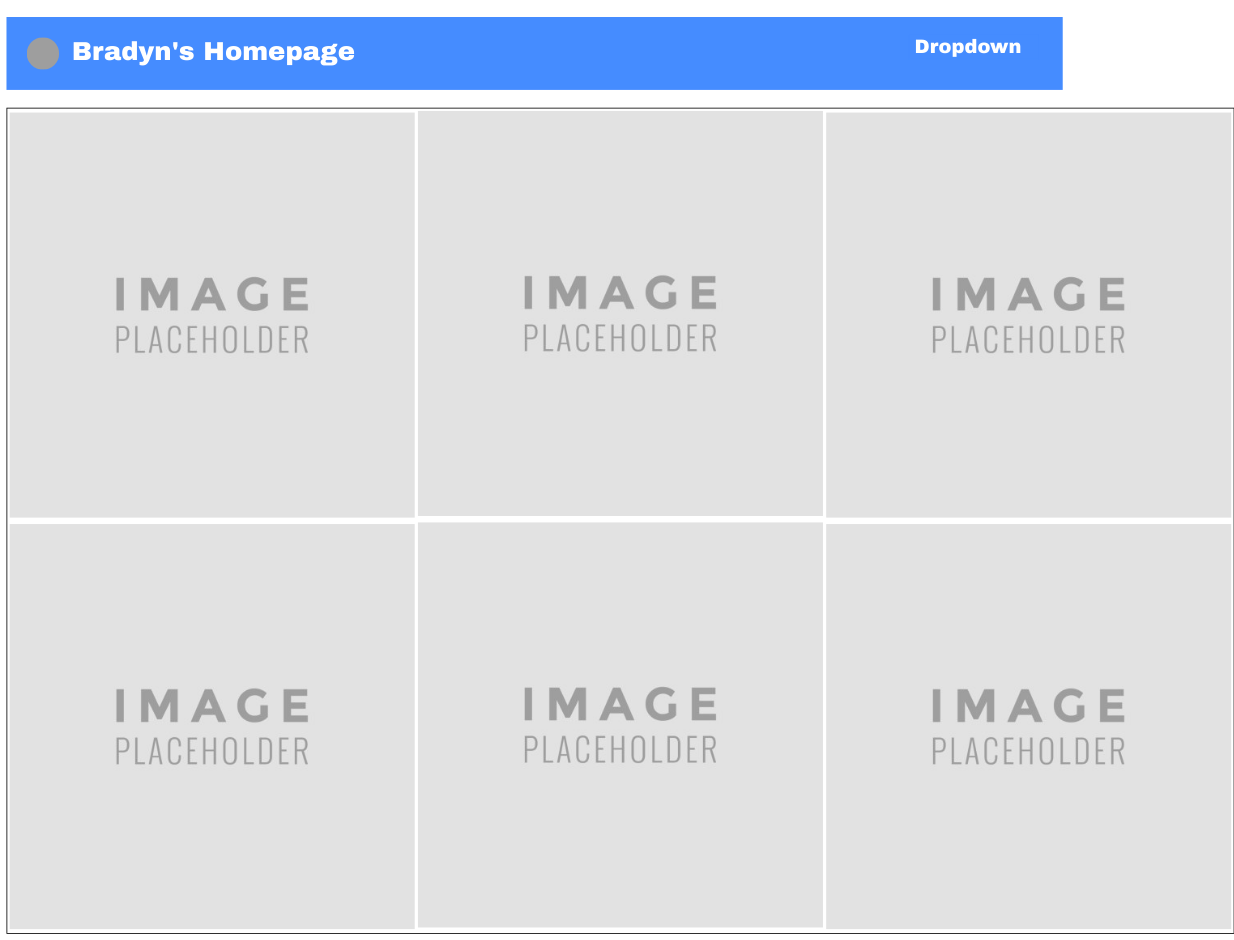
Repository: br4y/br4y.github.io
Page: index.html
The author's editor kept a record of every edit. The page is drawn from the files as they stood at one moment, then again after the next edit.
The browser window is 1280 px wide. The page is 1524 px wide, so the pictures cover 1524 px, including what lies to the right of the window. The pictures show the whole page, at 81% of full size.
Pictures or frames that could not be fetched are drawn as grey boxes.

Above is the page before.

After the next edit:
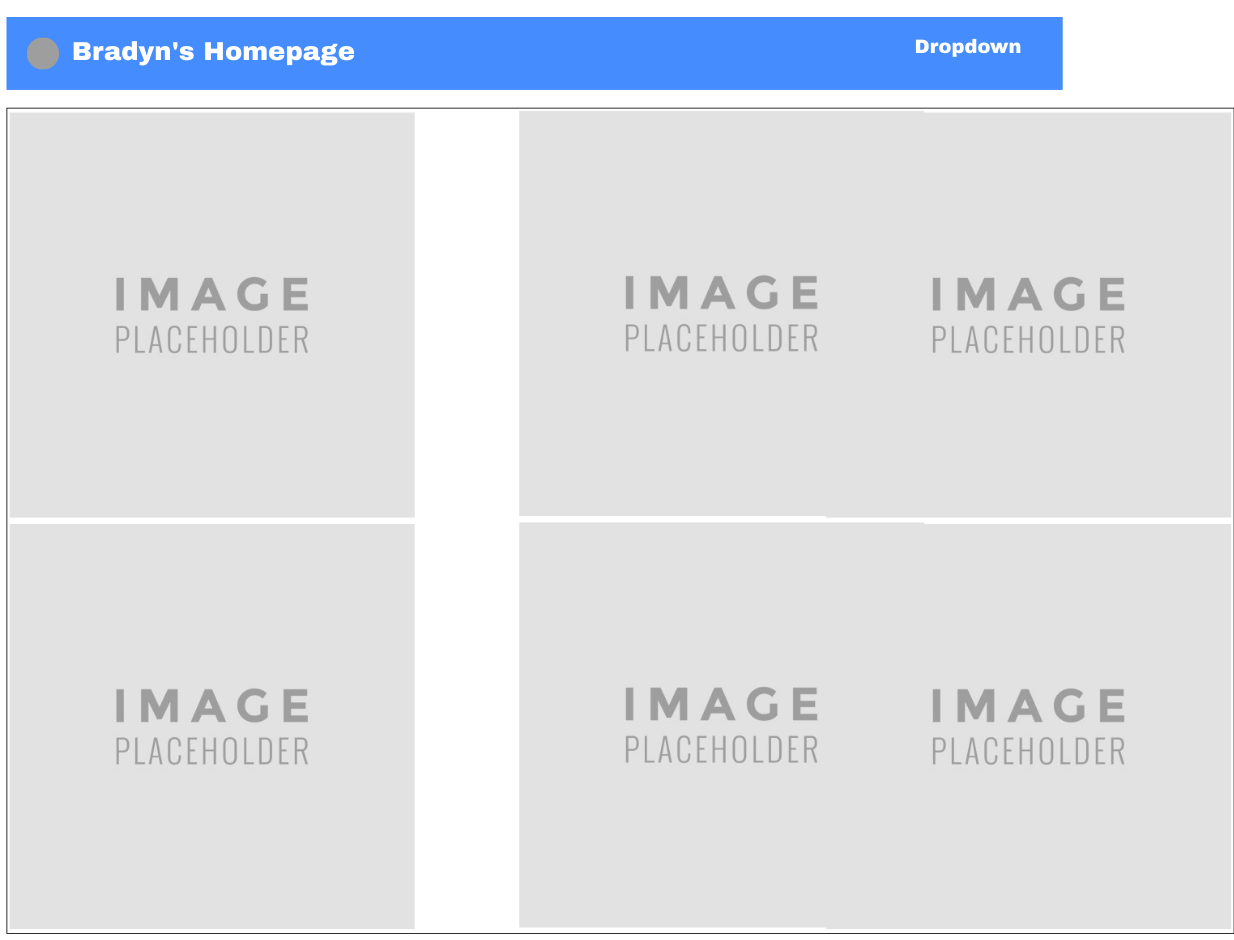
The edit:
--- a/StyleSheet.css
+++ b/StyleSheet.css
@@ -94,7 +94,7 @@
     .column2 {
         width:relative;
         height:40%;
-        float:center;
+        margin-left:25%;
     }
 
     .column3 {
